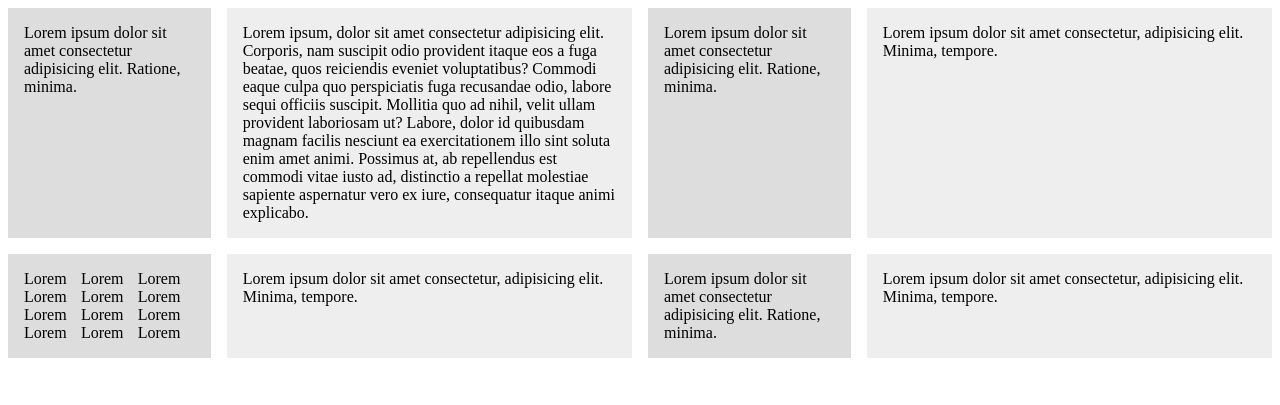
Repository: manojsatya/Web_development
Page: CSS_Grid/index2.html
The author's editor kept a copy of each file at every save. The page is drawn from the files as they stood at one save, then again after the next save.
The browser window is 1280 px wide. The pictures show the whole page.

Above is the page before, as saved 2019-07-03 12:16:04.

### CSS_Grid/index2.html
<!DOCTYPE html>
<html lang="en">
<head>
    <meta charset="UTF-8">
    <meta name="viewport" content="width=device-width, initial-scale=1.0">
    <meta http-equiv="X-UA-Compatible" content="ie=edge">
    <title>CSS Grid</title>
    <style>

    .wrapper {
        display: grid;
        grid-template-columns: repeat(2, 1fr 2fr);
        grid-gap: 1em;
        grid-auto-rows: minmax(100px, auto);

    }
    .wrapper > div {
        background: #eee;
        padding: 1em;
    }

    .wrapper > div:nth-child(odd){
        background: #ddd;
    }

    .nested{
        display: grid;
        grid-template-columns: repeat(3, 1fr);
    }

    </style>
</head>
<body>

    <div class="wrapper">
        <div>
            Lorem ipsum dolor sit amet consectetur adipisicing elit. Ratione, minima.
        </div>
        <div>
            Lorem ipsum, dolor sit amet consectetur adipisicing elit. Corporis, nam suscipit odio provident itaque eos a fuga beatae, quos reiciendis eveniet voluptatibus? Commodi eaque culpa quo perspiciatis fuga recusandae odio, labore sequi officiis suscipit. Mollitia quo ad nihil, velit ullam provident laboriosam ut? Labore, dolor id quibusdam magnam facilis nesciunt ea exercitationem illo sint soluta enim amet animi. Possimus at, ab repellendus est commodi vitae iusto ad, distinctio a repellat molestiae sapiente aspernatur vero ex iure, consequatur itaque animi explicabo.
        </div>
        <div>
            Lorem ipsum dolor sit amet consectetur adipisicing elit. Ratione, minima.
        </div>
        <div>
            Lorem ipsum dolor sit amet consectetur, adipisicing elit. Minima, tempore.
        </div>
        <div class="nested">
            <div>Lorem </div>
            <div>Lorem </div>
            <div>Lorem </div>
            <div>Lorem </div>
            <div>Lorem </div>
            <div>Lorem </div>
            <div>Lorem </div>
            <div>Lorem </div>
            <div>Lorem </div>
            <div>Lorem </div>
            <div>Lorem </div>
            <div>Lorem </div>
        </div>
        <div>
            Lorem ipsum dolor sit amet consectetur, adipisicing elit. Minima, tempore.
        </div>
        <div>
            Lorem ipsum dolor sit amet consectetur adipisicing elit. Ratione, minima.
        </div>
        <div>
            Lorem ipsum dolor sit amet consectetur, adipisicing elit. Minima, tempore.
        </div>
    </div>

</body>
</html>

After the next save:
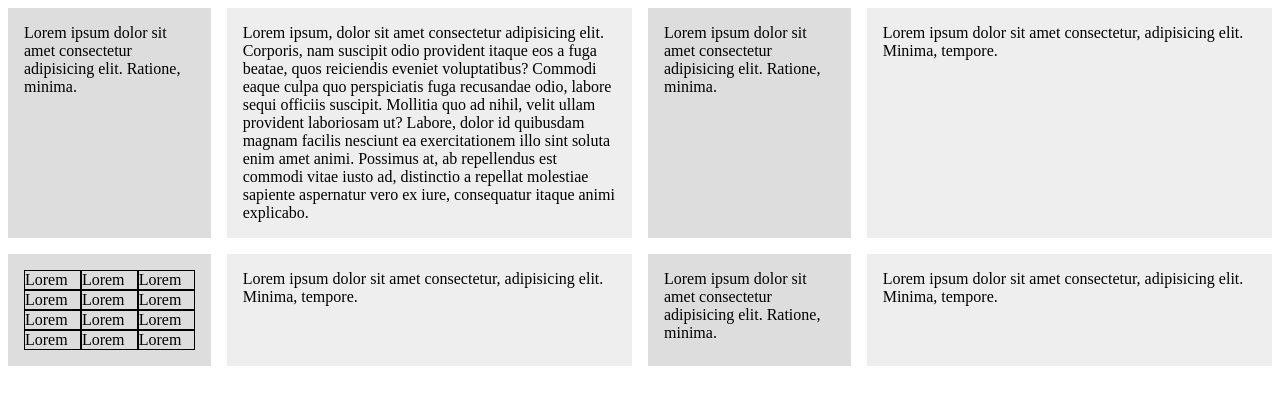
Saved 24 s later.
--- a/CSS_Grid/index2.html
+++ b/CSS_Grid/index2.html
@@ -26,6 +26,10 @@
     .nested{
         display: grid;
         grid-template-columns: repeat(3, 1fr);
+    }
+
+    .nested > div{
+        border: 1px solid black;
     }
 
     </style>
